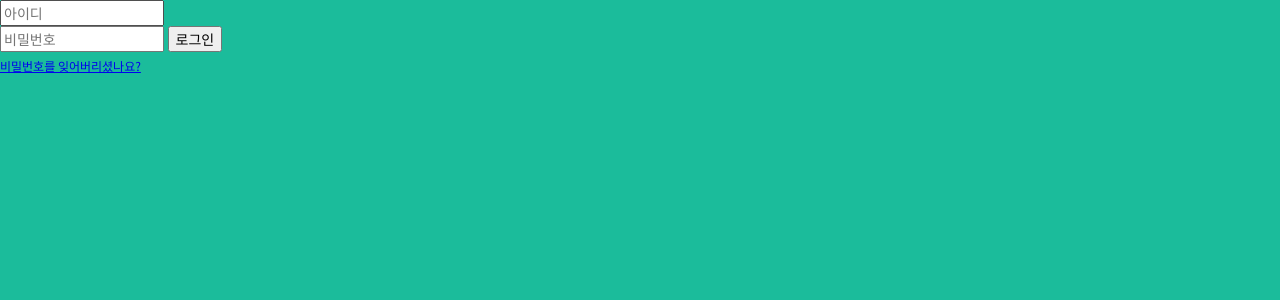
Repository: yesaroun/SS-final-project
Page: http://localhost/codeit-html/login-userlogin.jsp
The author's editor kept a copy of each file at every save. The page is drawn from the files as they stood at one save, then again after the next save.
The browser window is 1280 px wide. The pictures show the whole page.
The page is served by Tomcat 9.

Above is the page before, as saved 2022-05-26 12:51:28.

### codeit-html/WebContent/login-userlogin.jsp
<%@ page contentType="text/html; charset=UTF-8"%>
<!DOCTYPE html>
<html>
<head>
  <title>로그인</title>
  <meta charset="utf-8">
  <link rel="stylesheet" href="css/userlogin.css">
  <link href="https://fonts.googleapis.com/earlyaccess/notosanskr.css" rel="stylesheet">
</head>
<body>
  <div class="login-form">
    <form>
      <input type="text" name="email" class="text-field" placeholder="아이디">
      <input type="password" name="password" class="text-field" placeholder="비밀번호">
      <input type="submit" value="로그인" class="submit-btn">
    </form>

    <div class="links">
      <a href="#">비밀번호를 잊어버리셨나요?</a>
    </div>
  </div>
</body>
</html>

### codeit-html/WebContent/css/userlogin.css
@charset "UTF-8";
*
{
  box-sizing: border-box;
  font-family: 'Noto Sans KR', sans-serif;
}

body
{
  margin: 0;
  background-color: #1BBC9B;
}

.login-form
{
	width: 300px;
	background-color: #eeff1;
}

.text-field
{
  font-size: 14px;
}

.submit-btn {
  font-size: 14px;
}

.links {
}

.links a {
  font-size: 12px;
}

After the next save:
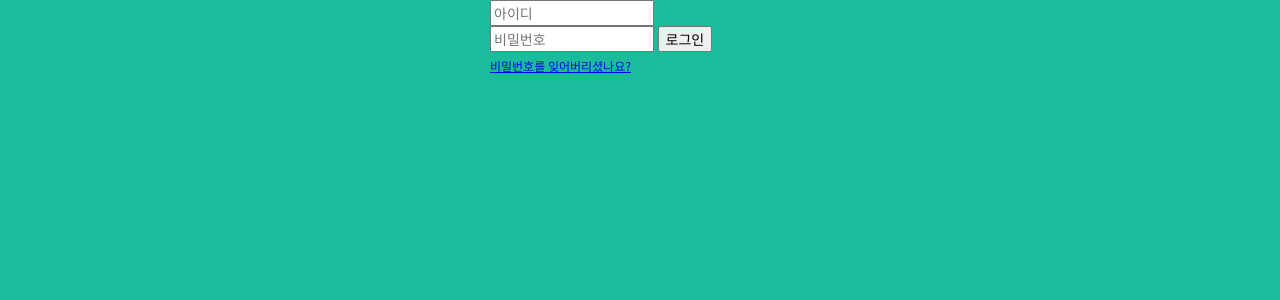
Saved 14 s later.
--- a/codeit-html/WebContent/css/userlogin.css
+++ b/codeit-html/WebContent/css/userlogin.css
@@ -15,6 +15,8 @@ body
 {
 	width: 300px;
 	background-color: #eeff1;
+	margin-left: auto;
+	margin-right: auto;
 }
 
 .text-field
